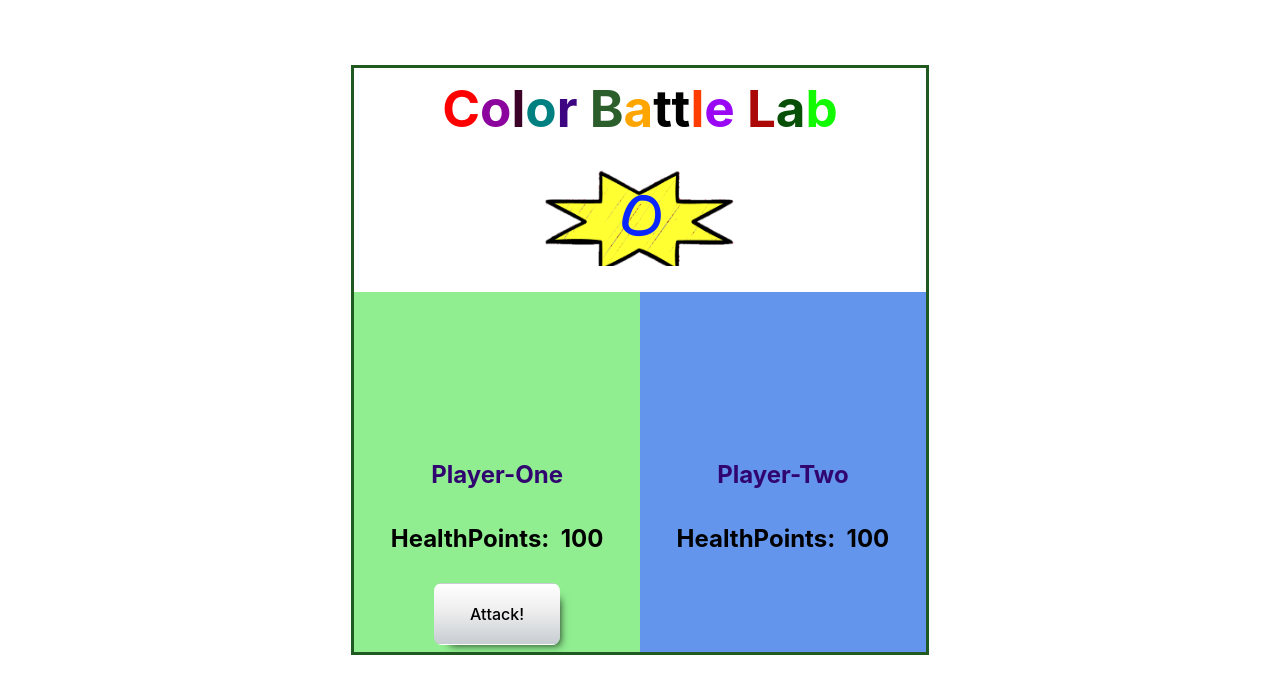
Repository: RAWdevX21/color-battle_lab-build
Page: /
The author's editor kept a copy of each file at every save. The page is drawn from the files as they stood at one save, then again after the next save.
The browser window is 1280 px wide. The pictures show the whole page.
Some web fonts or font styles are not loaded; a fallback is used. The project was rebuilt for these pictures with package versions that can differ from the ones it lists, and the page was loaded fresh each time. Also part of the build but not shown: vite.config.js.

Above is the page before, as saved 2023-08-17 09:41:36.

### index.html
<!doctype html>
<html lang="en">
  <head>
    <meta charset="UTF-8" />
    <link rel="icon" type="image/svg+xml" href="/vite.svg" />
    <link rel="preconnect" href="https://fonts.googleapis.com">
    <link rel="preconnect" href="https://fonts.gstatic.com" crossorigin>
    <link href="https://fonts.googleapis.com/css2?family=Architects+Daughter&family=Short+Stack&family=Tillana&display=swap" rel="stylesheet">
    <meta name="viewport" content="width=device-width, initial-scale=1.0" />
    <title>Color Battle</title>
  </head>
  <body>
    <div id="root"></div>
    <script type="module" src="/src/main.jsx"></script>
  </body>
</html>

### src/App.jsx
import { useState } from "react";
import GameBanner from "./Components/GameBanner";
import Player from "./Components/PlayerInfo";
import "./App.css";

export default function App() {

  const [player1, setPlayer1] = useState({
    name: "Player-One",
    color: "lightgreen",
    healthpoints: 100,
    turn: true
  });

  const [player2, setPlayer2] = useState({
    name: "Player-Two",
    color: "cornflowerblue",
    healthpoints: 100,
    turn: false
  });

  const [dice, setDice] = useState(0);

  const handleAttack = (attacker, defender, setAttacker, setDefender) => {
    console.log("Attack button pressed");
    const damage = Math.floor(Math.random() * 12) + 1;
    console.log("Calculated damage:", damage);
    setDice(damage);

    setDefender((prevDefender) => ({
      ...prevDefender,
      healthpoints: prevDefender.healthpoints - damage
    }));

    setAttacker((prevAttacker) => ({
      ...prevAttacker,
      turn: false
    }));

    // Switch turns
    if (attacker === player1) {
      setPlayer2((prevPlayer2) => ({
        ...prevPlayer2,
        turn: true
      }));
    } else {
      setPlayer1((prevPlayer1) => ({
        ...prevPlayer1,
        turn: true
      }));
    }

    if (defender.healthpoints - damage <= 0) {
      alert(`${attacker.name} wins!`);
    }
  };

  return (
    <div className="game-board">
      <GameBanner damagePoints={dice} />

      <div className="players-container">
        <div className="player-wrapper">
          <Player
            key={player1.name}
            player={player1}
            onAttack={() =>
              handleAttack(player1, player2, setPlayer1, setPlayer2)
            }
          />
        </div>
        <div className="player-wrapper">
          <Player
            key={player2.name}
            player={player2}
            onAttack={() =>
              handleAttack(player2, player1, setPlayer2, setPlayer1)
            }
          />
        </div>
      </div>
    </div>
  );
}

### src/index.css
:root {
  font-family: Inter, system-ui, Avenir, Helvetica, Arial, sans-serif;
  line-height: 1.5;
  font-weight: 400;

  color-scheme: light dark;
  background-color: #242424;

}

body {
  margin: 0;
  display: flex;
  place-items: center;
  min-width: 320px;
  min-height: 100vh;
}

h1 {
  font-size: 3.2em;
  line-height: 1.1;
}

button {
  border-radius: 8px;
  border: 1px solid transparent;
  padding: 0.6em 1.2em;
  font-size: 1em;
  font-weight: 500;
  font-family: inherit;
  background-color: #1a1a1a;
  cursor: pointer;
  transition: border-color 0.25s;
}
button:hover {
  border-color: #646cff;
}
button:focus,
button:focus-visible {
  outline: 4px auto -webkit-focus-ring-color;
}

@media (prefers-color-scheme: light) {
  :root {
    background-color: #ffffff;
  }

  button {
    background-color: #ffffff;
  }
}

### src/Components/GameBanner.jsx
import './GameBanner.css';
import Die from "./Die";

const GameBanner = ({ damagePoints }) => {
    return (
      <div className="banner">
        <h1>
          <span className="banner--c">C</span>
          <span className="banner--o">o</span>
          <span className="banner--l">l</span>
          <span className="banner--o2">o</span>
          <span className="banner--r">r</span>
          &nbsp;
          <span className="banner--b">B</span>
          <span className="banner--a">a</span>
          <span className="banner--t">t</span>
          <span className="banner--t">t</span>
          <span className="banner--l2">l</span>
          <span className="banner--e">e</span>
          &nbsp;
          <span className="banner--l3">L</span>
          <span className="banner--a2">a</span>
          <span className="banner--b2">b</span>
        </h1>
        <div className="damage-points">
          <Die value={damagePoints} />
        </div>
      </div>
    );
}

export default GameBanner;

### src/Components/PlayerInfo.jsx
import "./PlayerInfo.css";

const Player = ({ player, onAttack }) => {

  console.log(`${player.name}'s HealthPoints:`, player.healthpoints);

  return (
    <div className="player" style={{ backgroundColor: player.color }}>
      <h2>{player.name}</h2>
      <p
        className="hp"
        style={{ fontSize: "1.5rem", fontWeight: "bold", color: "black" }}>
        HealthPoints: &nbsp;{player.healthpoints}
      </p>
      {player.turn && (
        <button className="attack-button" onClick={onAttack}>
          Attack!
        </button>
      )}
    </div>
  );
};

export default Player;

### src/App.css
#root {
  margin: 0 auto;
  text-align: center;
  border: 3px solid rgba(3, 69, 3, 0.884);
}

h2 {
  color: rgb(49, 5, 112);
}

.players-container {
  display: flex;
  align-items: stretch;
}

.player-wrapper {
  flex: 1;
  height: 50vh;
  min-height: 50vh;
  box-sizing: border-box;
  overflow: hidden;
}

### src/Components/GameBanner.css
.banner {
    text-align: center;
    padding: 1em 5.5rem;
    background-color: #ffffff;
    color: black;
    margin-bottom: 10px ;
}

.damage-points {
    margin-top: 10px;
    font-size: 6rem;
}

h1 {
    margin-top: -0.25rem;
}

.banner h1 span.banner--c { color: red; }
.banner h1 span.banner--o { color: rgb(140, 4, 158); }
.banner h1 span.banner--l { color: rgb(60, 1, 38); }
.banner h1 span.banner--o2 { color: teal; }
.banner h1 span.banner--r { color: rgb(62, 5, 131); }
.banner h1 span.banner--b { color: rgb(43, 94, 43); }
.banner h1 span.banner--a { color: orange; }
.banner h1 span.banner--t { color: black; }
.banner h1 span.banner--l2 { color: rgb(255, 60, 0); }
.banner h1 span.banner--e { color: rgb(153, 7, 245); }
.banner h1 span.banner--l3 { color: rgb(172, 8, 8); }
.banner h1 span.banner--a2 { color: rgb(8, 80, 8); }
.banner h1 span.banner--b2 { color: rgb(17, 250, 1); }

### src/Components/Die.jsx
import "./Die.css";

const Die = ({ value }) => {
  return <div className="die-container">{value}</div>;
};

export default Die;

### src/Components/PlayerInfo.css
div.player {
    height: 30rem;
    padding-top: 50%;
    line-height: 2.5rem;
}

.player {
    padding: 20px;
    box-sizing: border-box;
    background-color: #f5f5f5;
}

.attack-button {
    padding: 20px 35px;
    background-color: rgb(242, 229, 229);
    color: black;
    background: #FFFFFF;
    background: -moz-linear-gradient(top, #FFFFFF 0%, #EEEEEE 44%, #C7CDD2 100%);
    background: -webkit-linear-gradient(top, #FFFFFF 0%, #EEEEEE 44%, #C7CDD2 100%);
    background: linear-gradient(to bottom, #FFFFFF 0%, #EEEEEE 44%, #C7CDD2 100%);
    -webkit-box-shadow: 8px 8px 8px -8px rgba(0,0,0,0.85);
    box-shadow: 8px 8px 8px -8px rgba(0,0,0,0.85);
    cursor: pointer;
}

### src/Components/Die.css
.die-container {
    font-family: 'Short Stack', 'Architects Daughter', 'Tillana', cursive;
    color: rgb(9, 38, 255);
    display: flex;
    align-items: center;
    justify-content: center;
    font-size: 4rem;
    font-weight: bold;
    /* margin: 25px auto; */
    background-image: url('../assets/pow.png');
    background-size: 13rem 13.5rem;
    background-position: center;
    background-repeat: no-repeat
}

Loaded but not shown: src/main.jsx (common file)

After the next save:
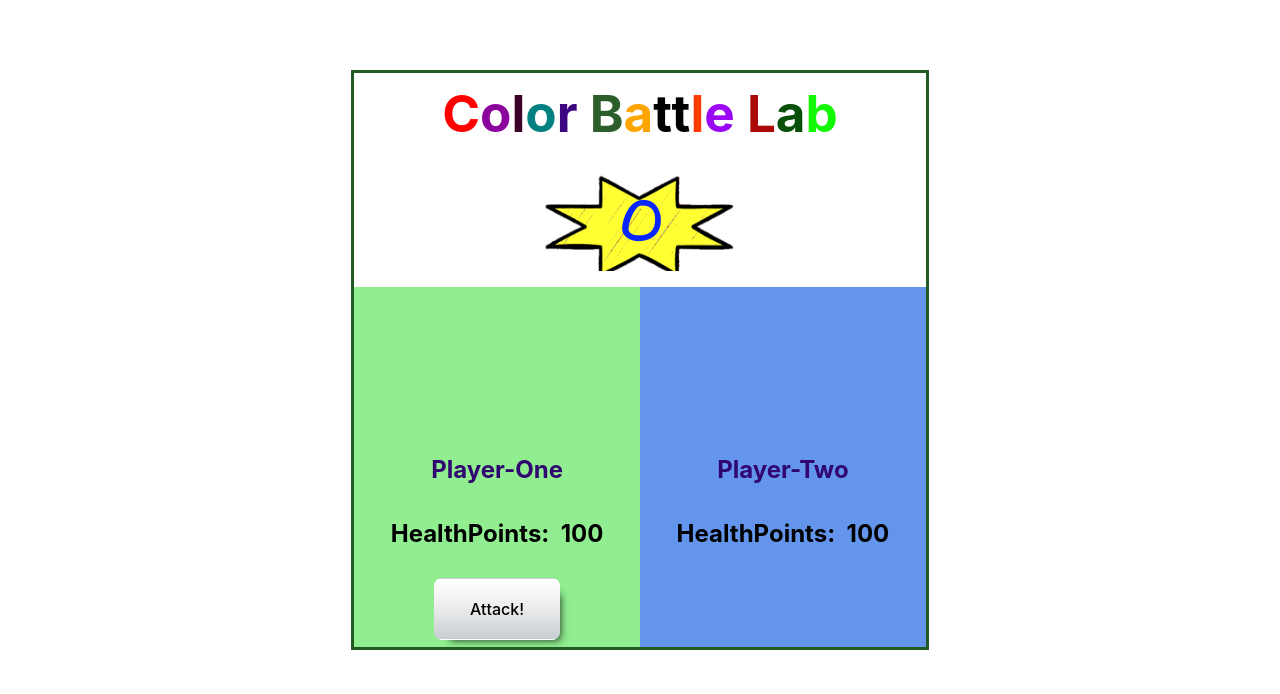
Saved 8 s later.
--- a/src/Components/GameBanner.css
+++ b/src/Components/GameBanner.css
@@ -3,7 +3,6 @@
     padding: 1em 5.5rem;
     background-color: #ffffff;
     color: black;
-    margin-bottom: 10px ;
 }
 
 .damage-points {
